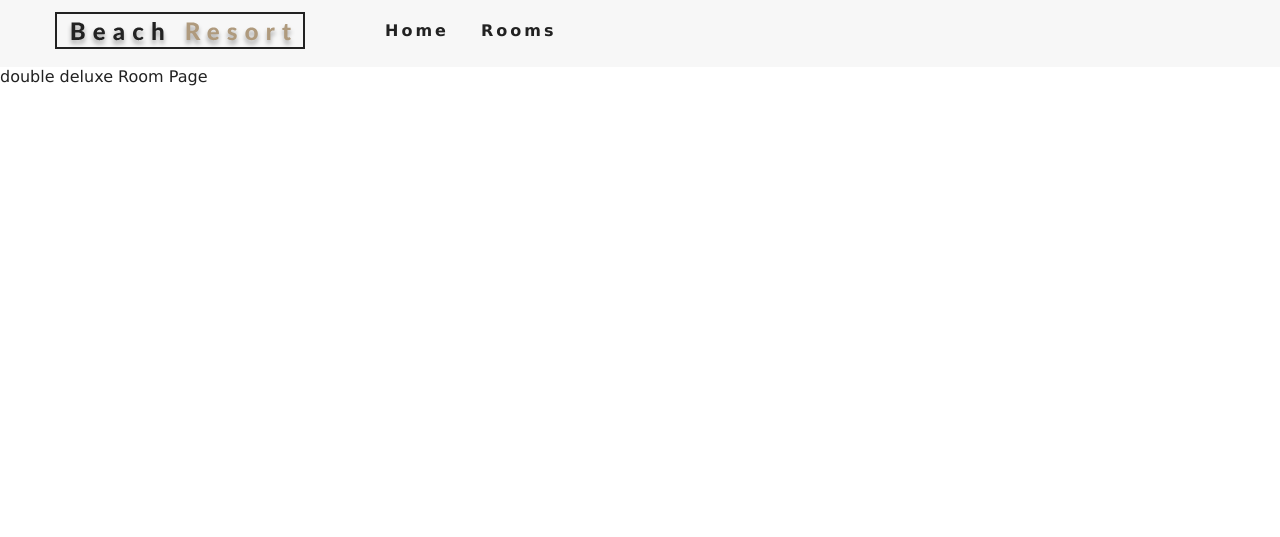
Repository: sanchit01garg/react-beachResort
Page: /rooms/double-deluxe
These files come from the project's save history. The page is drawn as it stood at one moment and after the next save; the edit follows.
The browser window is 1280 px wide. The pictures show the whole page.
The project was rebuilt for these pictures with package versions that can differ from the ones it lists, and the page was loaded fresh each time. Also part of the build but not shown: src/components/Title.js, src/components/Services.js, src/components/Loading.js, src/components/Room.js, src/components/FeaturedRooms.js, src/pages/Home.js, src/pages/Error.js, src/pages/Rooms.js.

Above is the page before, as saved 2021-01-07 20:41:36.

After the next save:
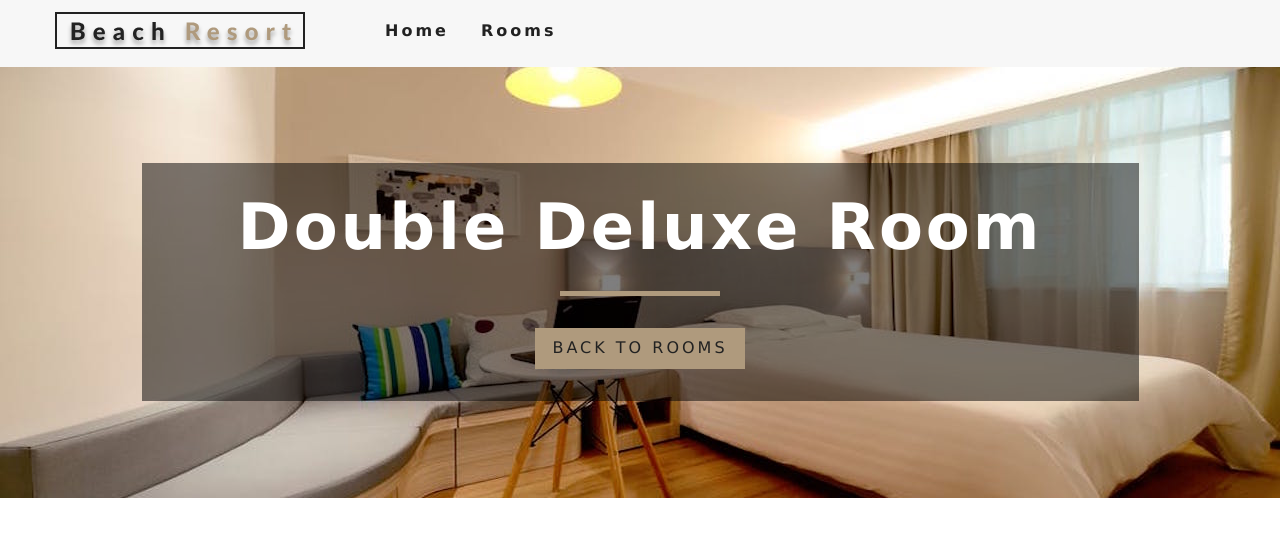
Saved 99 s later.
--- a/src/pages/SingleRoom.js
+++ b/src/pages/SingleRoom.js
@@ -40,6 +40,14 @@ export default class SingleRoom extends Component {
       images,
     } = room;
 
-    return <div>{room.name} Room Page </div>;
+    return (
+      <Hero hero="roomsHero">
+        <Banner title={`${name} room`}>
+          <Link to="/rooms" className="btn-primary">
+            back to rooms
+          </Link>
+        </Banner>
+      </Hero>
+    );
   }
 }
